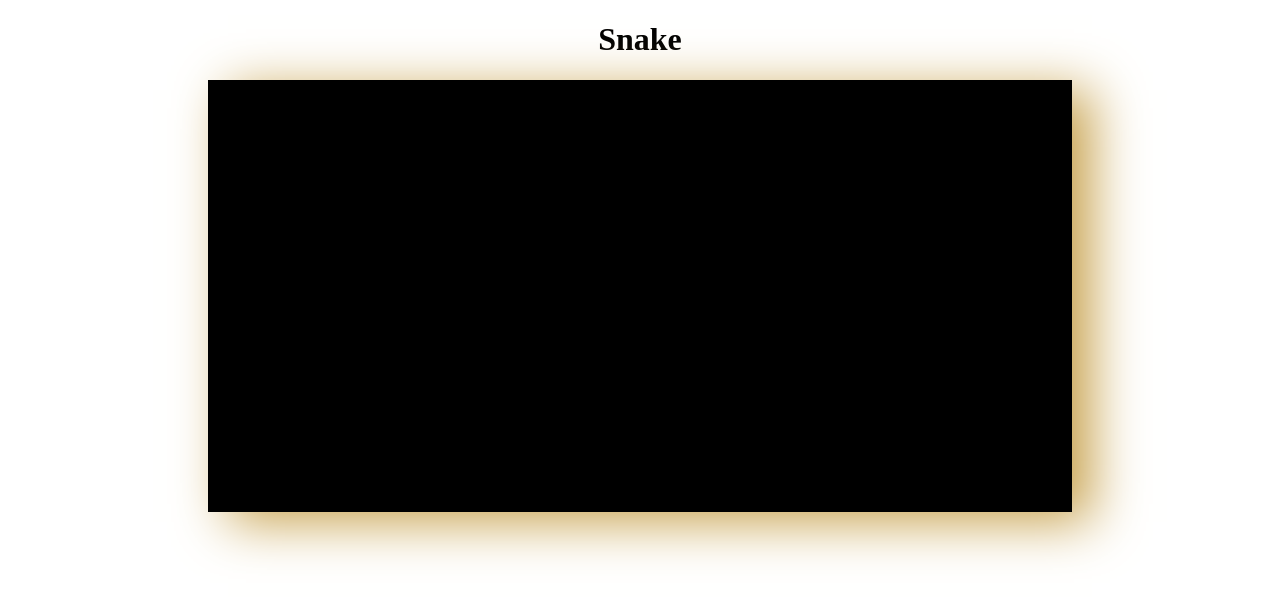
Repository: Ellisvelandia/snake
Page: index.html
The author's editor kept a copy of each file at every save. The page is drawn from the files as they stood at one save, then again after the next save.
The browser window is 1280 px wide. The pictures show the whole page.

Above is the page before, as saved 2022-08-26 23:17:01.

After the next save:
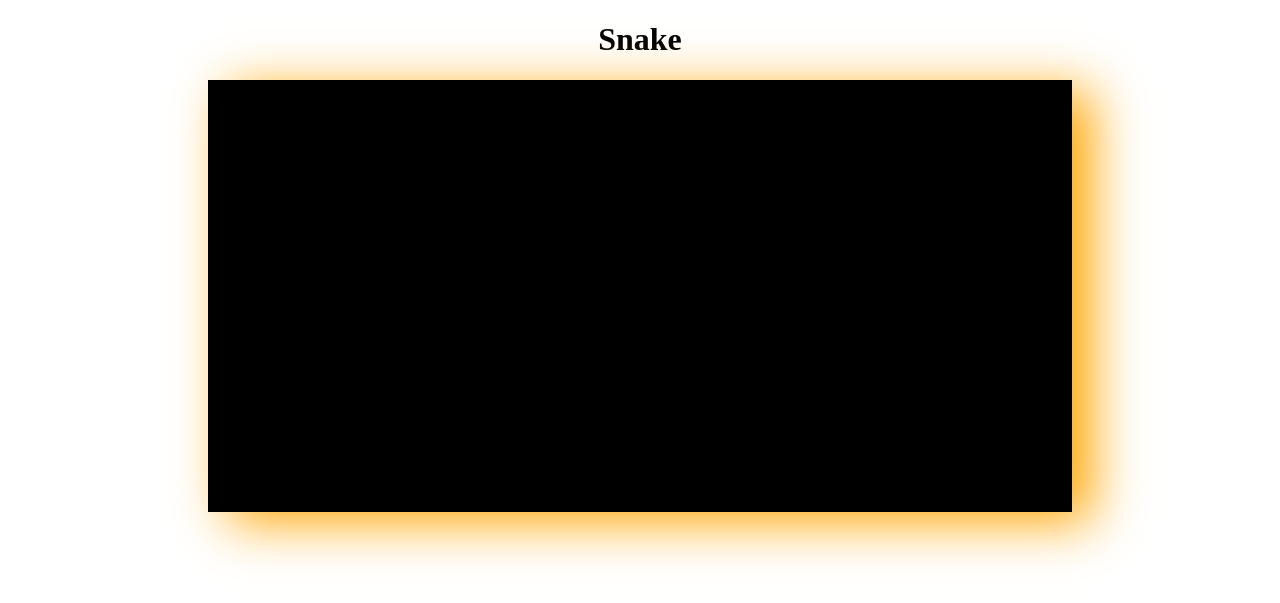
Saved 21 s later.
--- a/style.css
+++ b/style.css
@@ -8,7 +8,7 @@ body {
 }
 
 canvas {
-  box-shadow: #c7a14c 20px 10px 50px;
+  box-shadow: #ffa500	 20px 10px 50px;
   max-width:  80vw;
   height: 60vh;
 }
